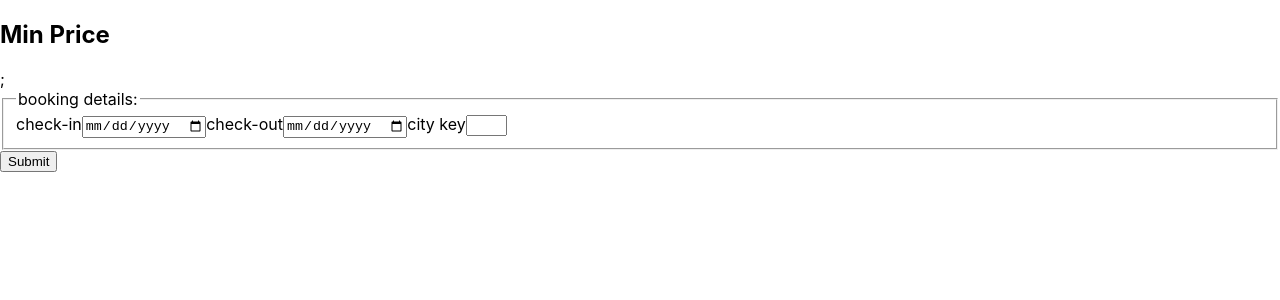
Repository: vsterev/il-test
Page: /min-price
These files come from the project's save history. The page is drawn as it stood at one moment and after the next save; the edit follows.
The browser window is 1280 px wide. The pictures show the whole page.
The project was rebuilt for these pictures with package versions that can differ from the ones it lists, and the page was loaded fresh each time. A package was used in the major version that the imports need, not the one package.json lists. Also part of the build but not shown: src/components/error/index.jsx.

Above is the page before, as saved 2021-04-27 08:22:05.

### src/index.js
import React from 'react';
import ReactDOM from 'react-dom';
import './index.css';
// import App from './App';
import reportWebVitals from './reportWebVitals';
// import MinPrice from './components/minPrice';
import Navigation from './navigation';

ReactDOM.render(
  <React.StrictMode>
    {/* <App /> */}
    {/* <MinPrice /> */}
    <Navigation />
  </React.StrictMode>,
  document.getElementById('root')
);

// If you want to start measuring performance in your app, pass a function
// to log results (for example: reportWebVitals(console.log))
// or send to an analytics endpoint. Learn more: https://bit.ly/CRA-vitals
reportWebVitals();

### src/navigation.jsx
import React from 'react';
import { Switch, BrowserRouter, Route, Redirect } from 'react-router-dom';
import MinPrice from './components/minPrice';
import Error from './components/error';
const Navigation = () => {
  return (
    <BrowserRouter>
      <Switch>
        <Route path="/min-price" render={() => <MinPrice />} />
        <Route path="*" render={() => <Error msg="Page not Found - 404" />} />
      </Switch>
    </BrowserRouter>
  );
};
export default Navigation;

### src/components/minPrice/index.jsx
import React, { useState } from 'react';
const MinPrice = () => {
  const [details, setDetails] = useState({ checkIn: '', checkOut: '', cityKey: '' });
  const submitHandler = (e) => {
    e.preventDefault();
    console.log(details);
  };
  return (
    <React.Fragment>
      <h2>Min Price</h2>;
      <form onSubmit={submitHandler}>
        <fieldset>
          <legend>booking details:</legend>
          <label htmlFor="checkIn">check-in</label>
          <input
            type="date"
            id="checkIn"
            value={details.checkIn}
            onChange={(e) => setDetails({ ...details, checkIn: e.target.value })}></input>
          <label htmlFor="checkOut">check-out</label>
          <input
            type="date"
            id="checkOut"
            value={details.checkOut}
            onChange={(e) => setDetails({ ...details, checkOut: e.target.value })}></input>
          <label htmlFor="cityKey">city key</label>
          <input
            type="text"
            id="cityKey"
            size="2"
            value={details.cityKey}
            onChange={(e) => setDetails({ ...details, cityKey: e.target.value })}
          />
        </fieldset>
        <button>Submit</button>
      </form>
    </React.Fragment>
  );
};
export default MinPrice;

Loaded but not shown: public/index.html (common file); src/index.css (common file); src/reportWebVitals.js (common file)

After the next save:
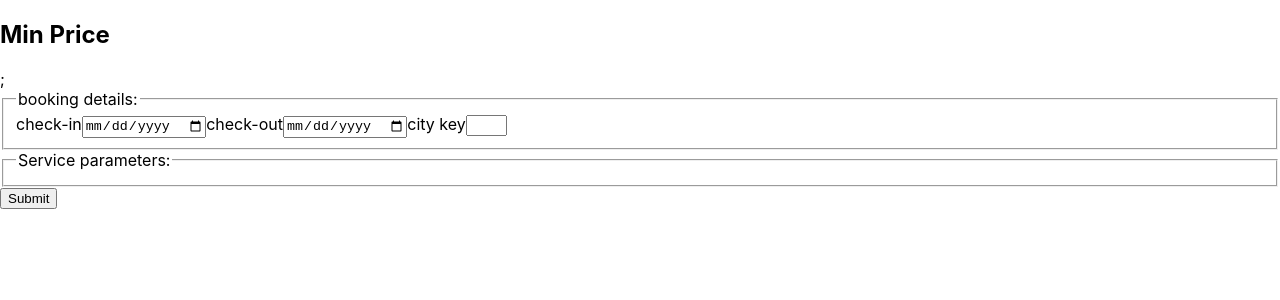
Saved 63 s later.
--- a/src/components/minPrice/index.jsx
+++ b/src/components/minPrice/index.jsx
@@ -32,6 +32,9 @@ const MinPrice = () => {
             onChange={(e) => setDetails({ ...details, cityKey: e.target.value })}
           />
         </fieldset>
+        <fieldset>
+          <legend>Service parameters:</legend>
+        </fieldset>
         <button>Submit</button>
       </form>
     </React.Fragment>
